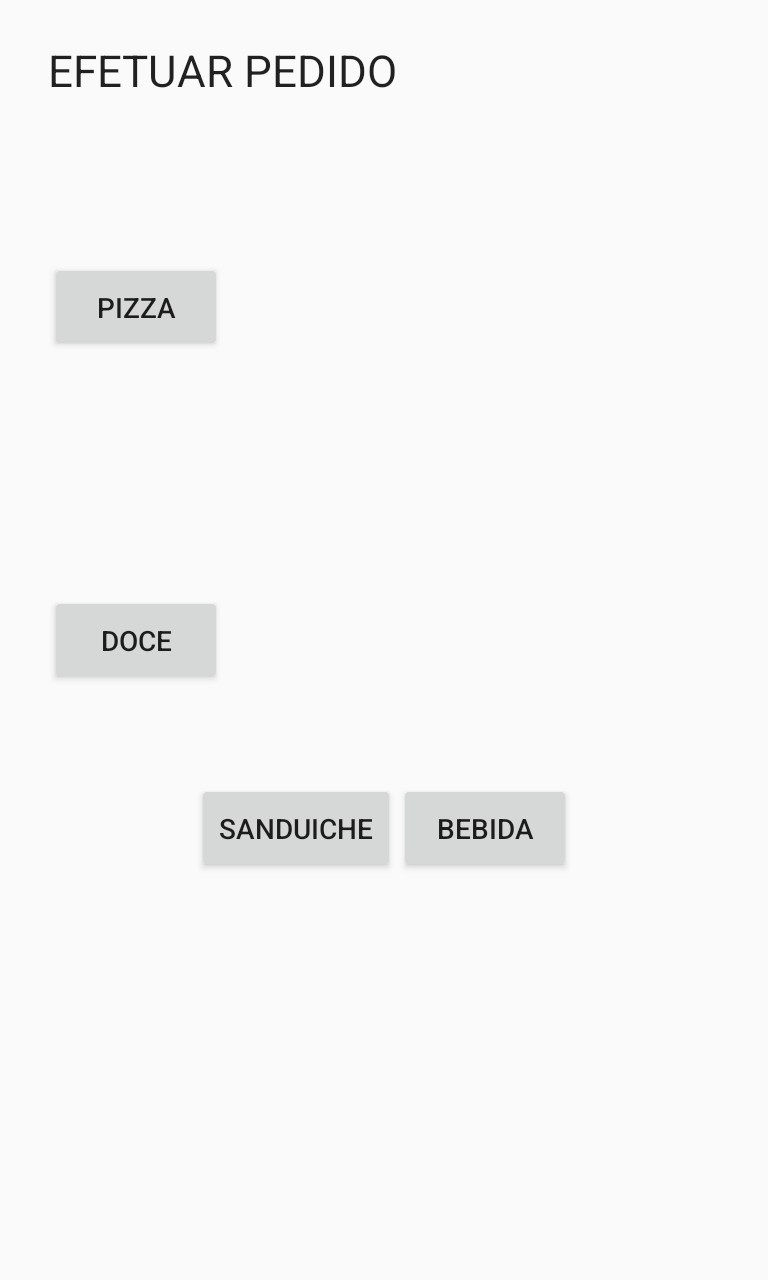
Repository: LucasSampaio/SysPizza-PSI
Layout: CodigoFonte/MOBILE/SysPizza/res/layout/activity_efetuar_pedido.xml
The author's editor kept a copy of each file at every save. The layout is drawn from the files as they stood at one save, then again after the next save.
It is drawn on a 768 x 1280 px phone screen (xhdpi) without system bars, with theme AppTheme; the app's code is not run.

Above is the layout before, as saved 2014-09-25 12:49:17.

After the next save:
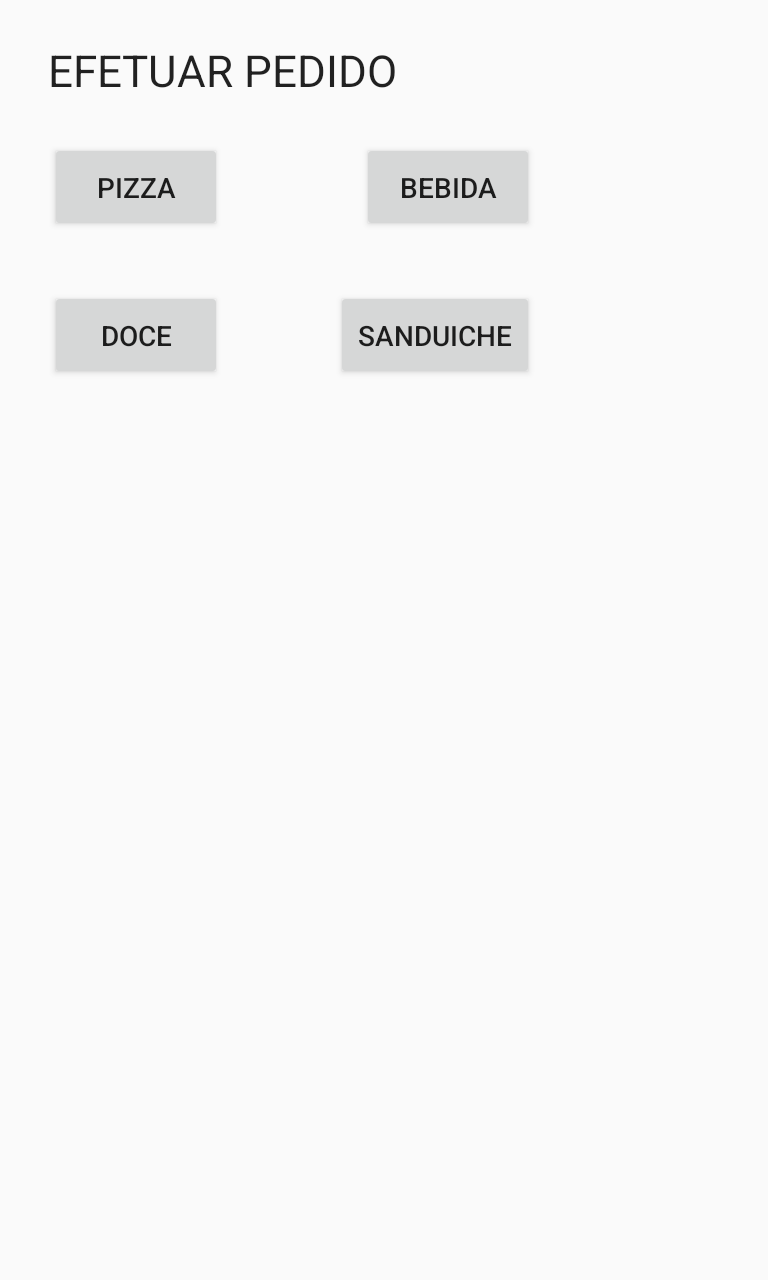
Saved 55 s later.
--- a/CodigoFonte/MOBILE/SysPizza/res/layout/activity_efetuar_pedido.xml
+++ b/CodigoFonte/MOBILE/SysPizza/res/layout/activity_efetuar_pedido.xml
@@ -16,38 +16,38 @@
         android:textAppearance="?android:attr/textAppearanceLarge" />
 
     <Button
+        android:id="@+id/button1"
+        android:layout_width="wrap_content"
+        android:layout_height="wrap_content"
+        android:layout_alignLeft="@+id/textView1"
+        android:layout_below="@+id/textView1"
+        android:layout_marginTop="20dp"
+        android:text="Pizza" />
+
+    <Button
+        android:id="@+id/Button02"
+        android:layout_width="wrap_content"
+        android:layout_height="wrap_content"
+        android:layout_alignLeft="@+id/button1"
+        android:layout_below="@+id/button1"
+        android:layout_marginTop="26dp"
+        android:text="Doce" />
+
+    <Button
         android:id="@+id/Button01"
         android:layout_width="wrap_content"
         android:layout_height="wrap_content"
-        android:layout_alignBaseline="@+id/Button03"
-        android:layout_alignBottom="@+id/Button03"
-        android:layout_toRightOf="@+id/textView1"
+        android:layout_above="@+id/Button02"
+        android:layout_marginLeft="68dp"
+        android:layout_toRightOf="@+id/button1"
         android:text="Bebida" />
 
     <Button
         android:id="@+id/Button03"
         android:layout_width="wrap_content"
         android:layout_height="wrap_content"
-        android:layout_below="@+id/Button02"
-        android:layout_marginTop="46dp"
-        android:layout_toLeftOf="@+id/Button01"
+        android:layout_alignBottom="@+id/Button02"
+        android:layout_alignRight="@+id/Button01"
         android:text="Sanduiche" />
 
-    <Button
-        android:id="@+id/Button02"
-        android:layout_width="wrap_content"
-        android:layout_height="wrap_content"
-        android:layout_alignRight="@+id/button1"
-        android:layout_centerVertical="true"
-        android:text="Doce" />
-
-    <Button
-        android:id="@+id/button1"
-        android:layout_width="wrap_content"
-        android:layout_height="wrap_content"
-        android:layout_alignLeft="@+id/textView1"
-        android:layout_below="@+id/textView1"
-        android:layout_marginTop="80dp"
-        android:text="Pizza" />
-
 </RelativeLayout>
